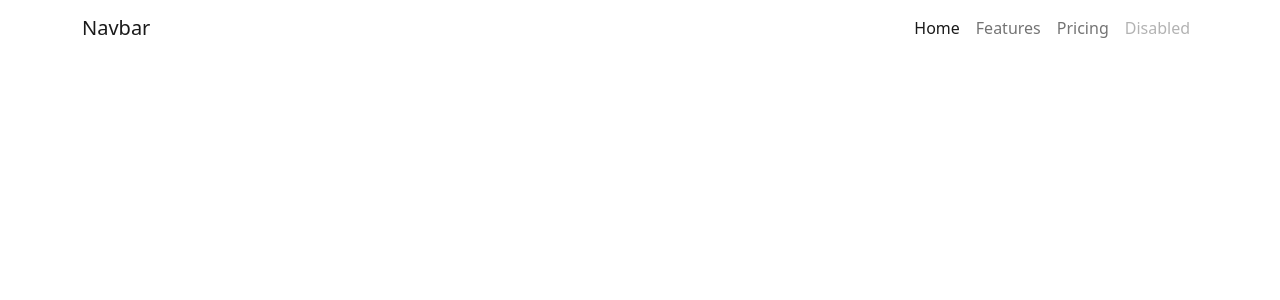
Repository: Novemberdad/gemilangtech.github.io
Page: index.html
An editor plug-in stored every save of this project. The page is shown before and after the next save, followed by the edit.
The browser window is 1280 px wide. The pictures show the whole page.

Above is the page before, as saved 2021-07-20 23:06:29.

### index.html
<!DOCTYPE html>
<html lang="en">

<head>
    <!-- Required meta tags -->
    <meta charset="utf-8" />
    <meta name="viewport" content="width=device-width, initial-scale=1" />

    <!-- Bootstrap CSS -->
    <link href="https://cdn.jsdelivr.net/npm/bootstrap@5.0.2/dist/css/bootstrap.min.css" rel="stylesheet" integrity="sha384-EVSTQN3/azprG1Anm3QDgpJLIm9Nao0Yz1ztcQTwFspd3yD65VohhpuuCOmLASjC" crossorigin="anonymous" />

    <title>My Portofoliio</title>
    <style>
        h1 {
            text-align: center;
            color: blue;
        }
    </style>
</head>

<body>
    <!--NAVBAR-->
    <nav class="navbar navbar-expand-lg navbar-light bg-blue">
        <div class="container">
            <a class="navbar-brand" href="#">Navbar</a>
            <button class="navbar-toggler" type="button" data-bs-toggle="collapse" data-bs-target="#navbarNav" aria-controls="navbarNav" aria-expanded="false" aria-label="Toggle navigation">
          <span class="navbar-toggler-icon"></span>
        </button>
            <div class="collapse navbar-collapse" id="navbarNav">
                <ul class="navbar-nav ms-auto">
                    <li class="nav-item">
                        <a class="nav-link active" aria-current="page" href="#">Home</a>
                    </li>
                    <li class="nav-item">
                        <a class="nav-link" href="#">Features</a>
                    </li>
                    <li class="nav-item">
                        <a class="nav-link" href="#">Pricing</a>
                    </li>
                    <li class="nav-item">
                        <a class="nav-link disabled" href="#" tabindex="-1" aria-disabled="true">Disabled</a>
                    </li>
                </ul>
            </div>
        </div>
    </nav>
    <!--AKHIR NAVBAR-->
    <script src="https://cdn.jsdelivr.net/npm/bootstrap@5.0.2/dist/js/bootstrap.bundle.min.js" integrity="sha384-MrcW6ZMFYlzcLA8Nl+NtUVF0sA7MsXsP1UyJoMp4YLEuNSfAP+JcXn/tWtIaxVXM" crossorigin="anonymous"></script>

    <!-- Option 2: Separate Popper and Bootstrap JS -->
    <!--
    <script src="https://cdn.jsdelivr.net/npm/@popperjs/core@2.9.2/dist/umd/popper.min.js" integrity="sha384-IQsoLXl5PILFhosVNubq5LC7Qb9DXgDA9i+tQ8Zj3iwWAwPtgFTxbJ8NT4GN1R8p" crossorigin="anonymous"></script>
    <script src="https://cdn.jsdelivr.net/npm/bootstrap@5.0.2/dist/js/bootstrap.min.js" integrity="sha384-cVKIPhGWiC2Al4u+LWgxfKTRIcfu0JTxR+EQDz/bgldoEyl4H0zUF0QKbrJ0EcQF" crossorigin="anonymous"></script>
    -->
</body>

</html>

After the next save:
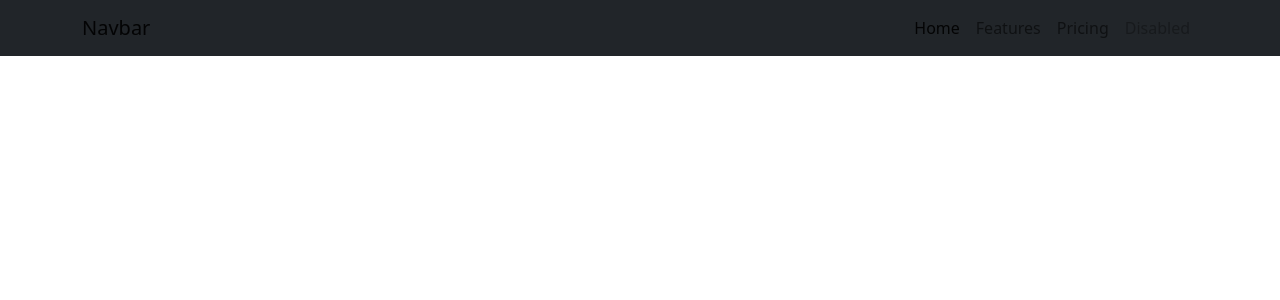
Saved 37 s later.
--- a/index.html
+++ b/index.html
@@ -20,7 +20,7 @@
 
 <body>
     <!--NAVBAR-->
-    <nav class="navbar navbar-expand-lg navbar-light bg-blue">
+    <nav class="navbar navbar-expand-lg navbar-light bg-dark">
         <div class="container">
             <a class="navbar-brand" href="#">Navbar</a>
             <button class="navbar-toggler" type="button" data-bs-toggle="collapse" data-bs-target="#navbarNav" aria-controls="navbarNav" aria-expanded="false" aria-label="Toggle navigation">
